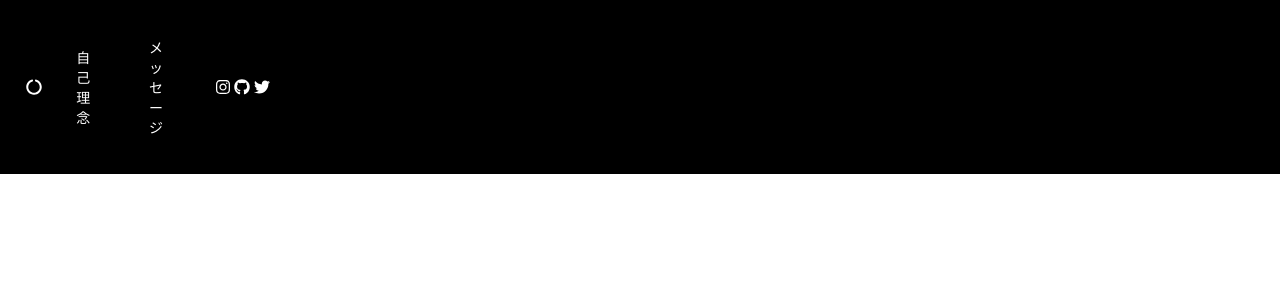
Repository: Rujuu-prog/react-mysite
Page: /
An editor plug-in stored every save of this project. The page is shown before and after the next save, followed by the edit.
The browser window is 1280 px wide. The pictures show the whole page.
The project was rebuilt for these pictures with package versions that can differ from the ones it lists, and the page was loaded fresh each time. A package was used in the major version that the imports need, not the one package.json lists.

Above is the page before, as saved 2021-05-12 22:08:39.

After the next save:
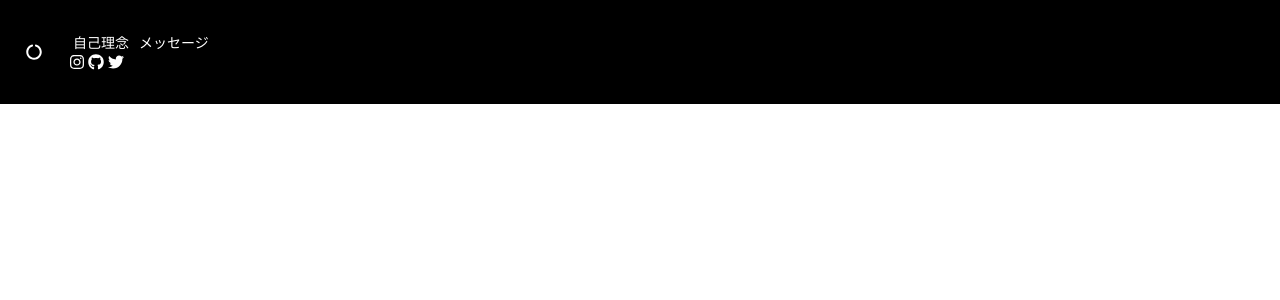
Saved 4 min 22 s later.
--- a/src/components/atoms/layout/NaviBar.tsx
+++ b/src/components/atoms/layout/NaviBar.tsx
@@ -24,9 +24,9 @@ export const NaviBar: React.FC<Props> = ({children}) => {
 
 
 const SNavi = styled.header`
-    display: flex;
-    justify-content: space-between;
-    align-items: center;
+    // display: flex;
+    // justify-content: space-between;
+    // align-items: center;
     background-color: black;
     color: #fff;
     text-align: center;
